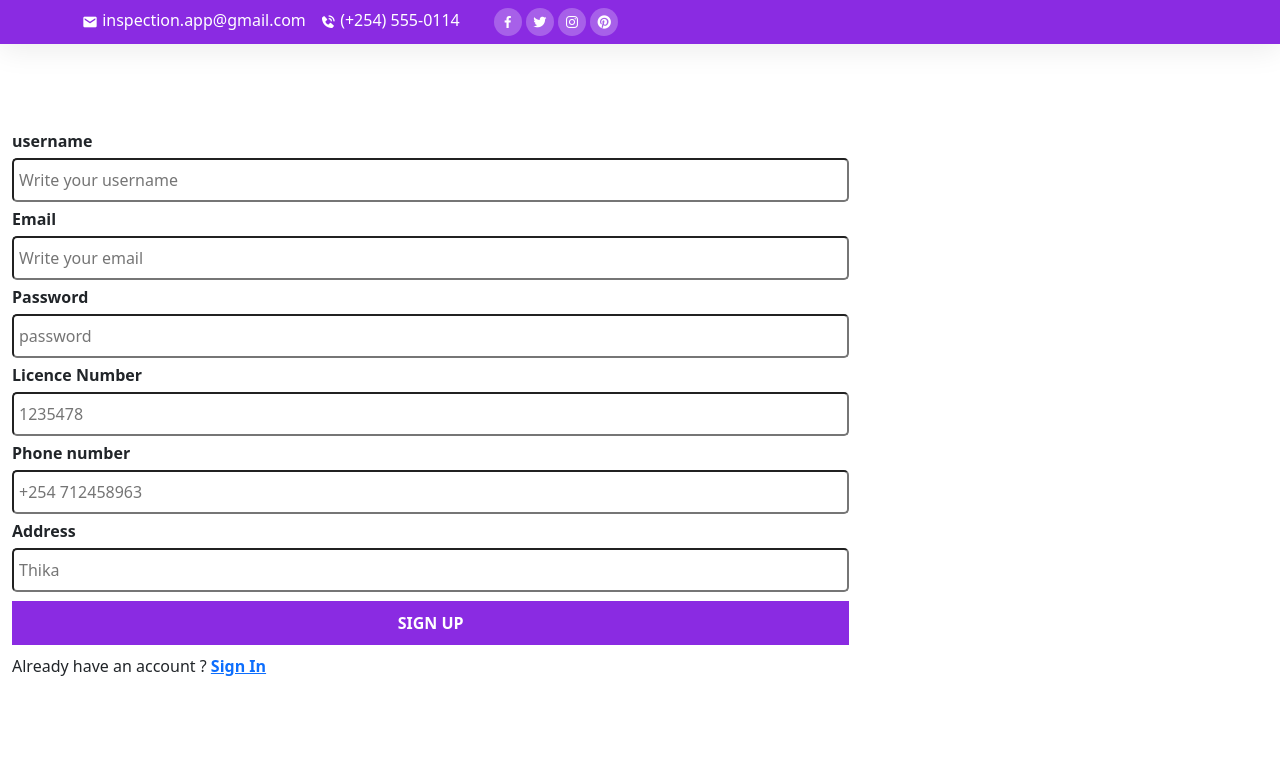
Repository: NDISHAW/Inspectionapp-rails
Page: public/signup.html
These files come from the project's save history. The page is drawn as it stood at one moment and after a run of saves; the edit follows.
The browser window is 1280 px wide. The pictures show the whole page.

Above is the page before, as saved 2022-10-09 04:22:55.

### public/signup.html
<!DOCTYPE html>
<html lang="en">
  <head>
    <meta charset="UTF-8" />
    <meta http-equiv="X-UA-Compatible" content="IE=edge" />
    <meta name="viewport" content="width=device-width, initial-scale=1.0" />
    <title>Sign up</title>
    <link rel="stylesheet" href="css/style.css">
    <link rel="stylesheet" href="css/bootstrap.min.css">
    <link rel="stylesheet" href="css/owl.carousel.min.css">
    <link rel="stylesheet" href="css/owl.theme.default.min.css">
    <link href='https://unpkg.com/boxicons@2.1.1/css/boxicons.min.css' rel='stylesheet'>

    <script src="/js/axios/dist/axios.min.js"></script>
  </head>
  <body data-bs-spy="scroll" data-bs-target=".navbar" data-bs-offset="70">


      <!-- TOP NAV -->
      <div class="top-nav navbar" id="home">
          <div class="container">
              <div class="row justify-content-between">
                  <div class="col-auto">
                      <p> <i class='bx bxs-envelope'></i> inspection.app@gmail.com</p>
                      <p> <i class='bx bxs-phone-call'></i> (+254) 555-0114</p>
                  </div>
                  <div class="col-auto social-icons">
                      <a href="#"><i class='bx bxl-facebook'></i></a>
                      <a href="#"><i class='bx bxl-twitter'></i></a>
                      <a href="#"><i class='bx bxl-instagram'></i></a>
                      <a href="#"><i class='bx bxl-pinterest'></i></a>
                  </div>
              </div>
          </div>
      </div>
    <section id="about">
      <div class="container-fluid">
    <div class="col-auto justify-content-center ">
      <div class="col-lg-8">
      <!-- username  -->
      <div class="username">
        <label for="username">username</label>
        <input
          type="username"
          name="username"
          id="username"
          placeholder="Write your username"
        />
      </div>
      <!-- Email  -->
      <div class="email">
        <label for="email">Email</label>
        <input
          type="email"
          name="email"
          id="email"
          placeholder="Write your email"
        />
      </div>
      <!-- passWord -->
      <div class="pass">
        <label for="password">Password</label>
        <input
          type="password"
          name="password"
          id="password"
          placeholder="password"
        />
      </div>
      <!-- licence_no -->
      <div class="pass">
        <label for="licence_no">Licence Number</label>
        <input
          name="licence_no"
          id="licence_no"
          placeholder="1235478"
        />
      </div>

      <!-- phone -->
      <div class="pass">
        <label for="phone">Phone number</label>
        <input
          name="phone"
          id="phone"
          placeholder="+254 712458963"
        />
      </div>

      <!-- address -->
      <div class="pass">
        <label for="address">Address</label>
        <input
          type="address"
          name="address"
          id="address"
          placeholder="Thika"
        />
      </div>
      <!-- Rails button -->
      <!-- <button id="submit-btn" onclick="rails()">Rails test</button> -->
      <!-- Sign Up button -->
      <button id="submit-btn" onclick="signUp();">Sign Up</button>
      <!-- Sign In option -->
      <p>Already have an account ?</p>
      <span><a href="signIn.html">Sign In</a></span>
    </div>
    </div>
    </div>
    </section>
  </div>
    <script src="main.js"></script>
  </body>
</html>

### public/css/style.css
@import url('https://fonts.googleapis.com/css2?family=Barlow:wght@400;500;600;700&display=swap');

:root {
    --brand: blueviolet;
    --dark: #092032;
    --body: #516171;
    --border: rgba(0,0,0,0.08);
    --shadow: 0px 6px 30px rgba(0, 0, 0, 0.08);

}

body {
    font-family: "Barlow", sans-serif;
    color: var(--body);
    line-height: 1.7;
}

h1,h2,h3,h4,h5,h6,
.display-1,.display-2,.display-3,.display-4 {
    font-weight: 700;
    color: var(--dark);
}

.bg-cover {
    background-size: cover;
    background-position: center;
    background-repeat: no-repeat;
}

img {
    width: 100%;
}

a {
    color: var(--dark);
    transition: all 0.4s ease;
    font-weight: 500;
}

a:hover {
    color: var(--brand);
}

section {
    padding-top: 80px;
    padding-bottom: 80px;
}

.text-brand {
    color: var(--brand) !important;
}


.hero-slider .owl-prev,
.hero-slider .owl-next{
    background-color: rgba(255, 255, 255, 0.3) !important;
    width: 60px !important;
    height: 60px !important;
    display: block;
    display: grid;
    place-items: center;
    color: #fff !important;
    border-radius: 100px;
    line-height: 0;
    border-radius: 100px !important;
    position: absolute;
    top: 50%;
    font-weight: 600 !important;
    font-size: 12px !important;
    transition: all 0.4s ease;
    margin-top: -30px !important;
}

.owl-prev {
    left: 0;
}
.owl-next {
    right: 0;
}

.hero-slider .owl-prev:hover,
.hero-slider .owl-next:hover {
    background-color: var(--brand) !important;
}

.owl-dot.active span{
    background-color: var(--brand) !important;
}


 /* slide */
 .slide {
     min-height: 100vh;
     display: flex;
     align-items: center;
     justify-content: center;
     position: relative;
}

.slide1 {
    background: linear-gradient(rgba(0, 0, 0, 0.4), rgba(0, 0, 0, 0.4)), url(../img/mec2.jpg);
    background-size: cover;
    background-position: center;
    background-repeat: no-repeat;
}

.slide2 {
    background: linear-gradient(rgba(0, 0, 0, 0.4), rgba(0, 0, 0, 0.4)), url(../img/world3.jpg);
    background-size: cover;
    background-position: center;
    background-repeat: no-repeat;
}

.slide .display-3 {
    text-transform: uppercase;
    color: #fff;
}

/* navbar */
.top-nav {
    background-color: var(--brand);
    color: #fff;
    padding-top: 5px;
    padding-bottom: 5px;
}

.top-nav p {
    display: inline-block;
    margin-bottom: 0;
    margin-right: 10px;
}

.top-nav span,
.top-nav i {
    vertical-align: middle;
}

.navbar {
    box-shadow: var(--shadow);
}

.social-icons a {
    width: 28px;
    height: 28px;
    display: inline-flex;
    color: #fff;
    background-color: rgba(255, 255, 255, 0.25);
    text-decoration: none;
    align-items: center;
    justify-content: center;
    border-radius: 100px;
}

.social-icons a:hover {
    background-color: #fff;
    color: var(--brand);
}

.navbar .navbar-nav .nav-link {
    color: var(--dark);
}

.navbar .navbar-nav .nav-link:hover {
    color: var(--brand);
}

.navbar .navbar-nav .nav-link.active {
    color: var(--brand);
}

.navbar-brand {
    font-size: 28px;
    font-weight: 700;
}

.navbar-brand .dot {
    color: var(--brand);
}

.btn {
    padding: 8px 26px;
}

.btn-brand {
    border-color: var(--brand);
    background-color: var(--brand);
    color: #fff;
}

.btn-brand:hover {
    background-color: #d64022;
    border-color: #d64022;
    color: #fff;
}

.intro {margin-bottom: 36px;
text-align: center;}

.intro p {
    max-width: 500px;
}
.intro h6{
    color: var(--brand);
    font-weight: 400;
    text-transform: uppercase;
}

.intro h1 {
    margin-top: 15px;
    margin-bottom: 15px;
}

.info-box {
    align-items: center;
    display: flex;
}

.info-box img {
    width: 90px;
}


#milestone {
    background: linear-gradient(rgba(136, 42, 143, 0.85), rgba(48, 181, 123, 0.85)), url(../img/inspe.jpg);
    background-size: cover;
    background-position: center;
    background-repeat: no-repeat;
}

#milestone h1,
#milestone p {
    color: #fff;
}

.service {
    padding: 32px;
    background-color: #fff;
    box-shadow: var(--shadow);
}

.service h5 {
    margin-top: 24px;
    margin-bottom: 14px;
}

.service img {
    width: 90px;
}


.project {
    position: relative;
    overflow: hidden;
    z-index: 2;
}

.project h6 {
    font-weight: 400;
}

.project h6::before {
    content: "";
    height: 2px;
    width: 30px;
    display: inline-block;
    background: var(--brand);
    vertical-align: middle;
    margin-right: 10px;
}


.project .overlay {
    width: 100%;
    height: 220px;
    position: absolute;
    bottom: 0;
    left: 0;
    background: linear-gradient(180deg, rgba(255, 76, 41, 0) 0%, var(--dark) 100%);
}

.project .content {
    position: absolute;
    left: 10%;
    bottom: 10%
}

.project h2,
.project h6 {
    color: #fff;
}

.team-member {
    text-align: center;
}

.team-member .image{
    position: relative;
    z-index: 2;
    overflow: hidden;
}

.team-member .overlay {
    width: 100%;
    height: 100%;
    position: absolute;
    left: 0;
    top: -10%;
    background-color: rgba(255, 77, 41, 0.7);
    opacity: 0;
    transition: all 0.4s ease;
}

.team-member h5 {
    margin-top: 16px;
    margin-bottom: 4px;
}

.team-member .social-icons {
    position: absolute;
    top: 60%;
    left: 50%;
    transform: translate(-50%, -50%);
    z-index: 2;
    opacity: 0;
    transition: all 0.4s ease;
}

.team-member .social-icons a {
    width: 40px;
    height: 40px;
}

.team-member:hover .social-icons {
    top: 50%;
    opacity: 1;
}

.team-member:hover .overlay {
    top: 0%;
    opacity: 1;
}

#reviews {

    background: linear-gradient(-90deg, rgba(8, 32, 50, 0.8), rgba(8, 32, 50, 0.8)), url(../img/imago.jpg), #082032;;
    background-size: cover;
    background-position: center;
    background-repeat: no-repeat;
}

.review {
    text-align: center;
    z-index: 2;
    position: relative;
    margin: 15px;
    max-width: 768px;
    margin: auto;
}

.review .bxs-quote-alt-left {
    font-size: 120px;
    position: absolute;
    opacity: 0.1;
    left: 50%;
    top: 50%;
    transform: translate(-50%, -50%);
    color: #fff;
}

.review img {
    width: 80px !important;
    height: 80px;
    border-radius: 100px;
    margin: auto;
}

.review h5 {
    margin-top: 16px;
    margin-bottom: 4px;
    color: #fff;
}

.review h3 {
    margin-top: 26px;
    margin-bottom: 26px;
    font-size: 22px;
    color: #fff;
    font-weight: 400;
    line-height: 1.7;
}

.review small {
    color: var(--brand);
}

.review .stars {
    color: var(--brand);
}

.blog-post {
    position: relative;
    background-color: #fff;
    box-shadow: var(--shadow);
}

.blog-post .content {
    padding: 32px;
}

.blog-post a {
    position: absolute;
    top: 20px;
    left: 20px;
    background-color: var(--brand);
    padding: 2px 12px;
    border-radius: 100px;
    text-decoration: none;
    color: #fff;
}

.blog-post h5 {
    margin-top: 12px;
    margin-bottom: 12px;
}

.blog-post small {
    text-transform: uppercase;
    color: var(--brand);
    text-decoration: underline;
}

footer {
    background: linear-gradient(0deg, rgba(8, 32, 50, 0.9), rgba(8, 32, 50, 0.9)), url(../img/teammech.jpg), #082032;;
    background-size: cover;
    background-position: center;
    background-repeat: no-repeat;
}

footer .footer-top {
    padding-top: 80px;
    padding-bottom: 40px;
}

.footer-bottom {
    border-top: 1px solid rgba(255, 255, 255, 0.1);
    padding-bottom: 20px;
    padding-top: 20px;
}

footer .navbar-brand {
    color: #fff;
}

footer p {
    color: #ADB3B9;
}

footer .social-icons a {
    width: 50px;
    height: 50px;
    font-size: 20px;
    margin-left: 4px;
    margin-right: 4px;
}

.loader {
    min-height: 100vh;
    display: flex;
    align-items: center;
    justify-content: center;
    background-color: red;
    z-index: 99999;
    position: fixed;
    left: 0;
    right: 0;
}


input.form-control {
    border-color: transparent;
    height: 44px;
}

.form-control {
    background-color: rgba(0, 0, 0, 0.04);
    border-color: rgba(0, 0, 0, 0.04);;
}

.form-control:focus {
    box-shadow: none;
    border-color: var(--brand);
}
.form {
    width: 400px;
    border-radius: 5px;
    background-color: white;
    height:fit-content;
    padding: 5px 10px;
    background-color: #9633FF;
}
label {
    display: block;
    font-weight: bolder;
    margin: 5px 0px;
}

input {
    width: 100%;
    padding: 8px 5px;
    border-radius: 5px;
    margin-bottom: 10px;
}

#submit-btn {
    border: none;
    background-color: blueviolet;
    width: 100%;
    padding: 10px 8px;
    color: white;
    font-weight: bolder;
    text-transform: uppercase;
    cursor: pointer;
    margin: 9px 0px;
}

p {
    font-size: 16px;
    border-radius: 10px;
    cursor: pointer;
    display: inline-block;
}

a {
    text-decoration: none;
    font-weight: bolder;
}


/*@import url(https://fonts.googleapis.com/css?family=Roboto:400,300,500);*/
*:focus {
    outline: none;

}

### public/main.js
// // setting up firebase with our website
// const firebaseApp = firebase.initializeApp({
//         apiKey: "AIzaSyDF9DKF44fhzBzk5fZB5Mk4_21q4Ey2kxQ",
//         authDomain: "inspection-e4bf7.firebaseapp.com",
//         projectId: "inspection-e4bf7",
//         storageBucket: "inspection-e4bf7.appspot.com",
//         messagingSenderId: "94545597565",
//         appId: "1:94545597565:web:9e1d12415061541a4ecd14",
//         measurementId: "G-P207FELWW2"
//       });
// const db = firebaseApp.firestore();
// const auth = firebaseApp.auth();

// Sign up function
// function signUp(){
//     //DOM manupilation
//     const email = document.getElementById("email").value;
//     const password = document.getElementById("password").value;
//     const phone = document.getElementById("phone").value;
//     const licence_no = document.getElementById("licence_no").value;
//     const address = document.getElementById("address").value;
//     console.log(email, password)
//     // firebase code
//     firebase.auth().createUserWithEmailAndPassword(email, password)
//         .then((result) => {
//             // Signed in
//             document.write("You are Signed Up")
//             window.location = "dashboard.html";
//             console.log(result)
//             // ...
//         })
//         .catch((error) => {
//             console.log(error.code);
//             console.log(error.message)
//             // ..
//         });
// }




// Sign In function
// const username = document.getElementById("username").value;
// const password = document.getElementById("password").value;

function signIn() {
    const username = document.getElementById("username").value;
    const password = document.getElementById("password").value;
    // firebase code
    // firebase.auth().signInWithEmailAndPassword(email, password)
    axios
        .post("http://localhost:3000/api/login", {
            password: password,
            username: username,
            // phone: phone,
            // licence_no: licence_no,
            // address: address,
        })
        .then((result) => {
            // Signed in
            document.write("You are Signed In");
            // window.location = "form.html";
            window.location = "dashboard.html";

            console.log(result);
        })
        .catch((error) => {
            console.log(error.code);
            console.log(error.message);
        });
}

function signUp() {
  const username = document.getElementById("username").value;
  const email = document.getElementById("email").value;
  const password = document.getElementById("password").value;const phone = document.getElementById("phone").value;const licence_no = document.getElementById("licence_no").value;const address = document.getElementById("address").value;
  // firebase code
  // firebase.auth().signInWithEmailAndPassword(email, password)
  axios
    .post("http://localhost:3000/api/signup", {
      username: username,
      password: password,
      phone: phone,
      licence_no: licence_no,
      address: address,
      email: email,
    })
    .then((result) => {
      // Signed in
      document.write("You are Signed Up");
      // window.location = "form.html";
      window.location = "dashboard.html";

      console.log(result);
    })
    .catch((error) => {
      console.log(error.code);
      console.log(error.message);
    });
}

Loaded but not shown: public/css/bootstrap.min.css (library); public/css/owl.carousel.min.css (library); public/css/owl.theme.default.min.css (common file); public/js/axios/dist/axios.min.js (library)

After the next 4 saves:
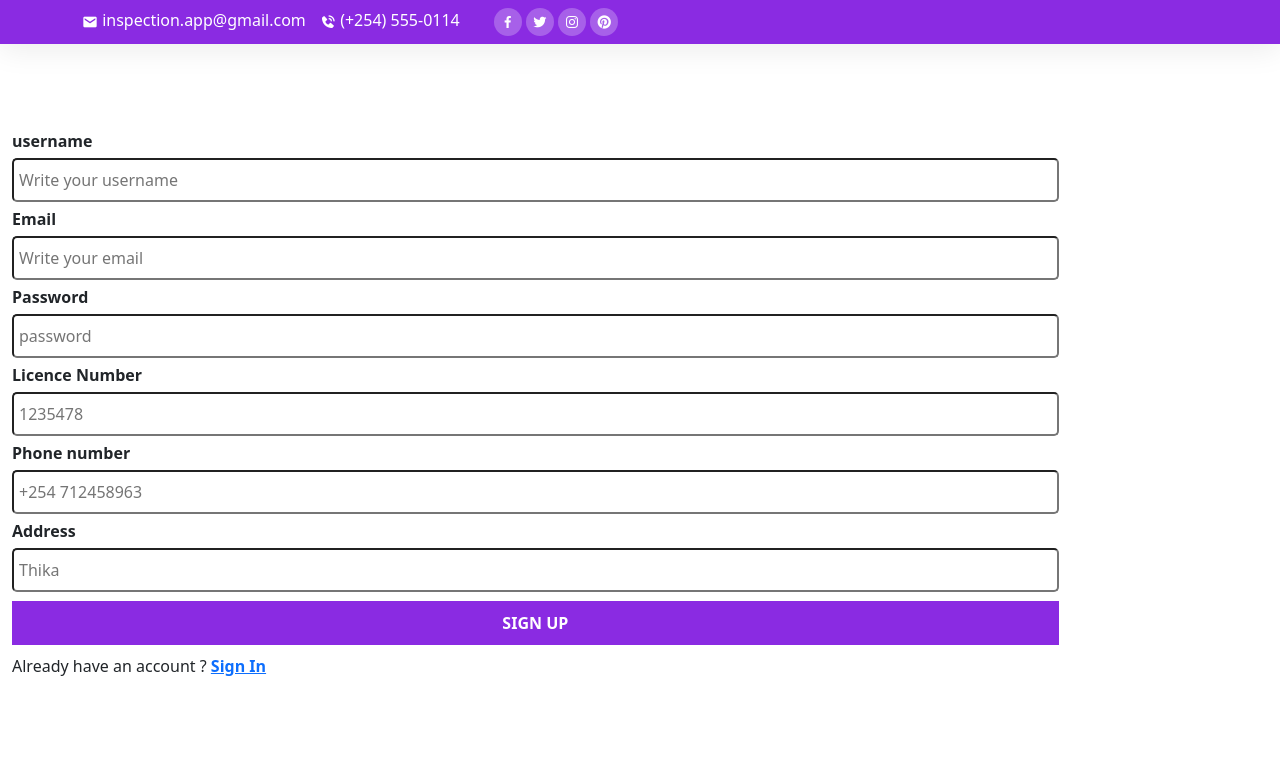
The 4 saves are shown as one change because they came seconds apart.
The last was saved 30 s later.
--- a/public/signup.html
+++ b/public/signup.html
@@ -36,7 +36,7 @@
     <section id="about">
       <div class="container-fluid">
     <div class="col-auto justify-content-center ">
-      <div class="col-lg-8">
+      <div class="col-lg-10">
       <!-- username  -->
       <div class="username">
         <label for="username">username</label>
